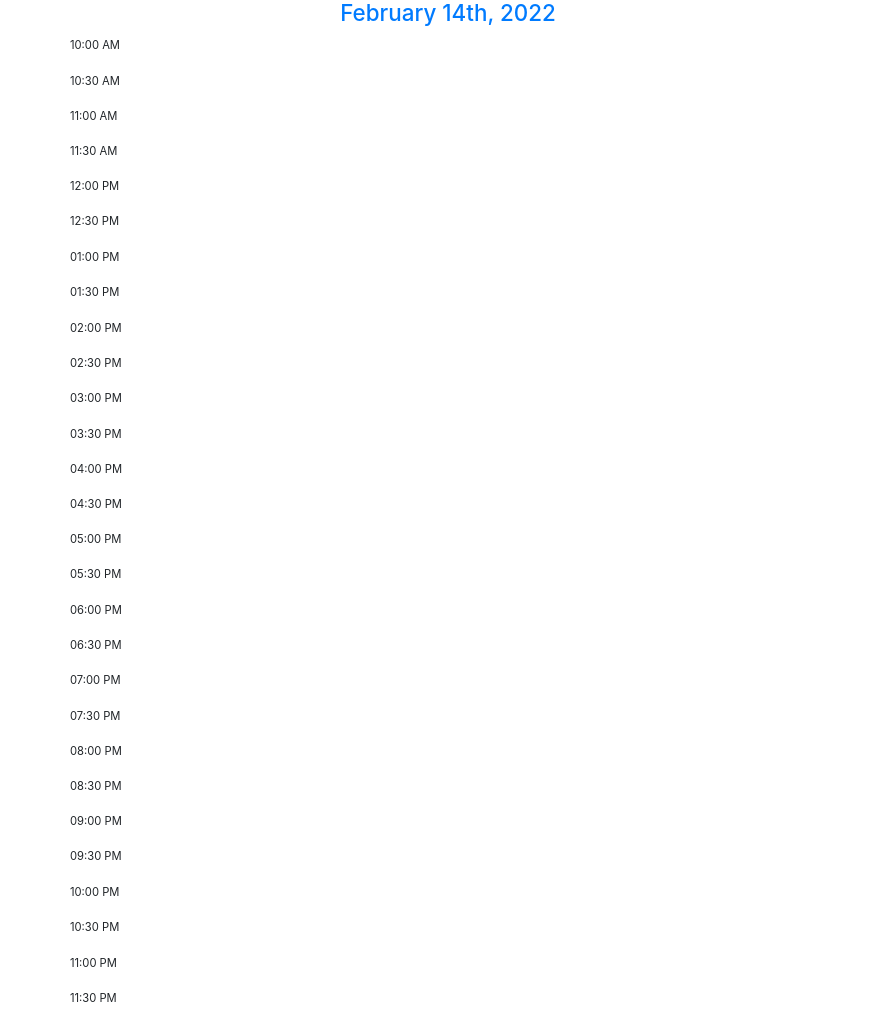
Repository: BaileyLuu/yuHacks2022
Page: public/schedule.html
The author's editor kept a copy of each file at every save. The page is drawn from the files as they stood at one save, then again after the next save.
The browser window is 1280 px wide. The pictures show the whole page, at 70% of full size.
Some web libraries are served in a nearby version.

Above is the page before, as saved 2021-11-20 12:30:19.

### public/schedule.html
<!DOCTYPE html>
<html lang="en">

<head>
    <meta charset="UTF-8">
    <meta http-equiv="X-UA-Compatible" content="IE=edge">
    <meta name="viewport" content="width=device-width, initial-scale=1.0">

    <script src="https://ajax.googleapis.com/ajax/libs/jquery/3.5.1/jquery.min.js"></script>

    <!-- Popper JS -->
    <script src="https://cdnjs.cloudflare.com/ajax/libs/popper.js/1.12.9/umd/popper.min.js"
        integrity="sha384-ApNbgh9B+Y1QKtv3Rn7W3mgPxhU9K/ScQsAP7hUibX39j7fakFPskvXusvfa0b4Q"
        crossorigin="anonymous"></script>

    <!-- Latest compiled JavaScript -->
    <script src="https://maxcdn.bootstrapcdn.com/bootstrap/4.0.0/js/bootstrap.min.js"
        integrity="sha384-JZR6Spejh4U02d8jOt6vLEHfe/JQGiRRSQQxSfFWpi1MquVdAyjUar5+76PVCmYl"
        crossorigin="anonymous"></script>

    <!-- Latest compiled and minified CSS -->
    <link rel="stylesheet" href="https://maxcdn.bootstrapcdn.com/bootstrap/4.0.0/css/bootstrap.min.css"
        integrity="sha384-Gn5384xqQ1aoWXA+058RXPxPg6fy4IWvTNh0E263XmFcJlSAwiGgFAW/dAiS6JXm" crossorigin="anonymous">

    <!-- AOS CSS Library CDN -->
    <link href="https://unpkg.com/aos@2.3.1/dist/aos.css" rel="stylesheet">
    <!-- Bootstrap Icons -->
    <link rel="stylesheet" href="https://cdn.jsdelivr.net/npm/bootstrap-icons@1.7.0/font/bootstrap-icons.css">



    <script src="https://code.jquery.com/jquery-3.2.1.slim.min.js"
        integrity="sha384-KJ3o2DKtIkvYIK3UENzmM7KCkRr/rE9/Qpg6aAZGJwFDMVNA/GpGFF93hXpG5KkN"
        crossorigin="anonymous"></script>
    <link rel="stylesheet" href="./schedule.css">
    <script src="schedule.js"></script>
    <script src="https://ajax.googleapis.com/ajax/libs/jquery/3.3.1/jquery.min.js"></script>
    <title>yuHacks Schedule</title>
</head>

<body>
    <section class="">
        <div class="container" style="flex-direction: row;">
            <h2 class="text-primary title text-center">February 14th, 2022</h1>

                <!-- <div class="row row-cols-2">
          <div class="col">Column</div>
          <div class="col">Column</div>
          <div class="col">Column</div>
          <div class="col">Column</div>
          <div class="col">Column</div>
          <div class="col">Column</div>

        </div>
        <div class="row row-cols-2">
            <div class="col">Column</div>
            <div class="col">Column</div>
            <div class="col">Column</div>
            <div class="col">Column</div>
            <div class="col">Column</div>
            <div class="col">Column</div>

          </div> -->
                <div class="schedule-table">



                    <div class="col-md-8">
                        <div class="schedule-time">10:00 AM</div>
                        <div class="schedule-time">10:30 AM</div>
                        <div class="schedule-time">11:00 AM</div>
                        <div class="schedule-time">11:30 AM</div>
                        <div class="schedule-time">12:00 PM</div>
                        <div class="schedule-time">12:30 PM</div>
                        <div class="schedule-time">01:00 PM</div>
                        <div class="schedule-time">01:30 PM</div>
                        <div class="schedule-time">02:00 PM</div>
                        <div class="schedule-time">02:30 PM</div>
                        <div class="schedule-time">03:00 PM</div>
                        <div class="schedule-time">03:30 PM</div>
                        <div class="schedule-time">04:00 PM</div>
                        <div class="schedule-time">04:30 PM</div>
                        <div class="schedule-time">05:00 PM</div>
                        <div class="schedule-time">05:30 PM</div>
                        <div class="schedule-time">06:00 PM</div>
                        <div class="schedule-time">06:30 PM</div>
                        <div class="schedule-time">07:00 PM</div>
                        <div class="schedule-time">07:30 PM</div>
                        <div class="schedule-time">08:00 PM</div>
                        <div class="schedule-time">08:30 PM</div>
                        <div class="schedule-time">09:00 PM</div>
                        <div class="schedule-time">09:30 PM</div>
                        <div class="schedule-time">10:00 PM</div>
                        <div class="schedule-time">10:30 PM</div>
                        <div class="schedule-time">11:00 PM</div>
                        <div class="schedule-time">11:30 PM</div>
                    </div>
                    <div class="col-md-8">

                    </div>
                    <!-- <div class="col-md-8">
              <div>Introduction to Github</div>
              <div></div>
              <div>Introduction to Bootstrap</div>
          </div> -->

                </div>
        </div>
    </section>

    <script src="https://cdnjs.cloudflare.com/ajax/libs/jquery/3.6.0/jquery.min.js"
        integrity="sha512-894YE6QWD5I59HgZOGReFYm4dnWc1Qt5NtvYSaNcOP+u1T9qYdvdihz0PPSiiqn/+/3e7Jo4EaG7TubfWGUrMQ=="
        crossorigin="anonymous" referrerpolicy="no-referrer"></script>
    <!-- Option 1: Bootstrap Bundle with Popper -->
    <script src="https://cdn.jsdelivr.net/npm/bootstrap@5.1.3/dist/js/bootstrap.bundle.min.js"
        integrity="sha384-ka7Sk0Gln4gmtz2MlQnikT1wXgYsOg+OMhuP+IlRH9sENBO0LRn5q+8nbTov4+1p"
        crossorigin="anonymous"></script>

    <script src="https://unpkg.com/aos@2.3.1/dist/aos.js"></script>
    <script>
        AOS.init({
            offset: 500,
            duration: 800,
            once: true,
        }

        );
    </script>
</body>

</html>

### public/schedule.css
/* body {
    background-color: #141c3c;
  } */

.schedule-time{
  display:flex;
  flex-direction: column;
  width:20vw;
  height:7vh;
  box-sizing: border-box;
  z-index: 50;
  line-height: 5vh;

}
.schedule-table{
  display:flex;
  flex-direction:column;

}

Loaded but not shown: public/schedule.js (no copy from this time; the picture is the same without it)

After the next save:
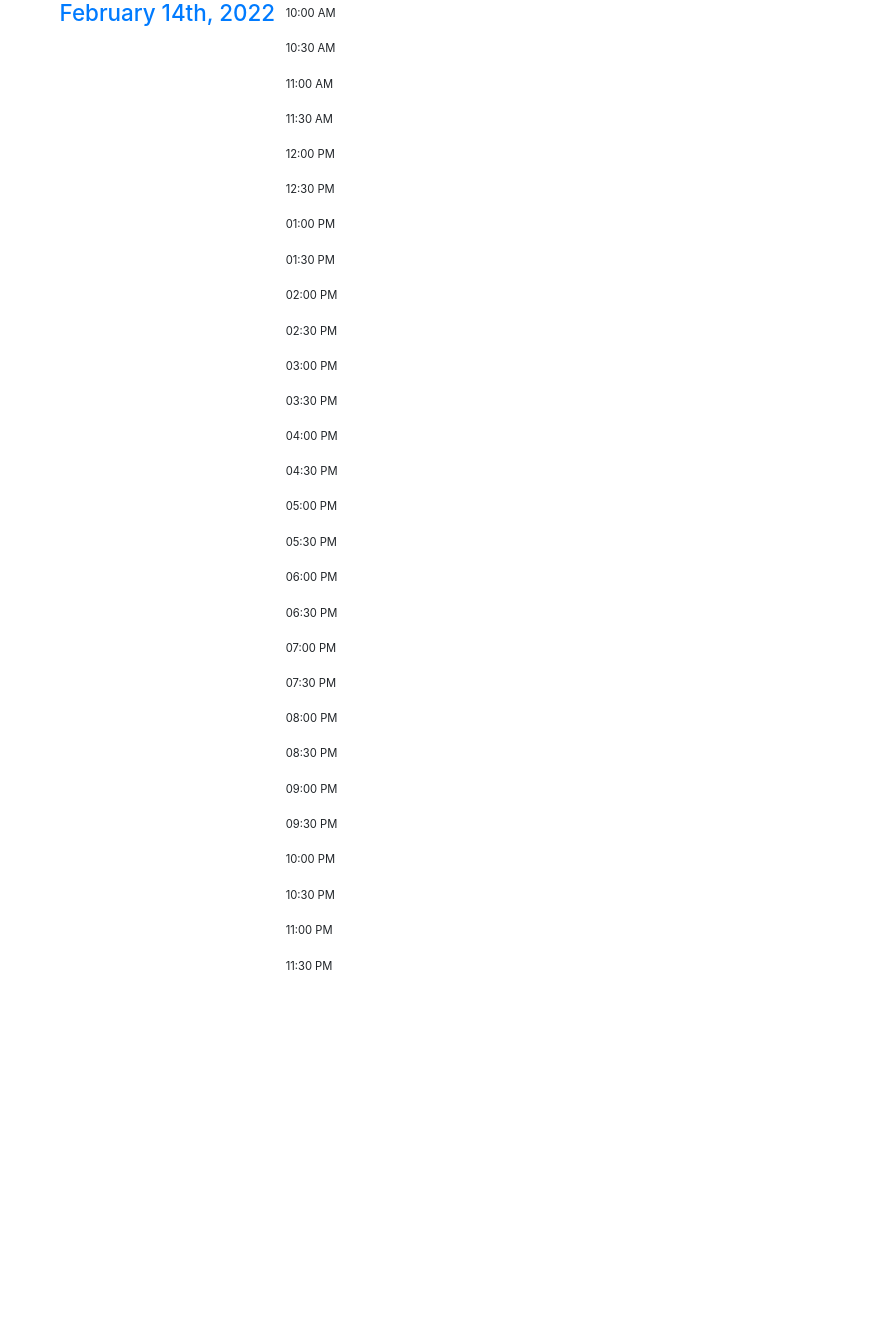
Saved 59 s later.
--- a/public/schedule.html
+++ b/public/schedule.html
@@ -40,7 +40,7 @@
 
 <body>
     <section class="">
-        <div class="container" style="flex-direction: row;">
+        <div class="container" style="flex-direction: row; display:flex">
             <h2 class="text-primary title text-center">February 14th, 2022</h1>
 
                 <!-- <div class="row row-cols-2">
